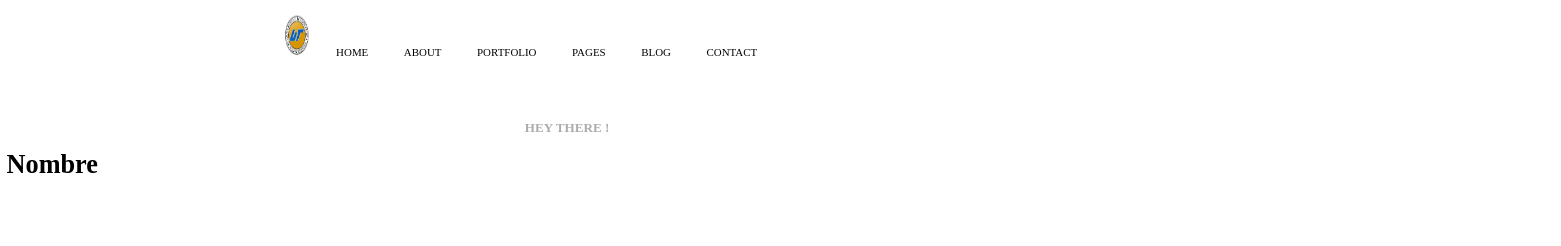
Repository: Armandoyerek11/proyectou1
Page: index.html
These files come from the project's save history. The page is drawn as it stood at one moment and after the next save; the edit follows.
The browser window is 1280 px wide. The page is 1904 px wide, then 1525 px, so the pictures cover 1904 px, including what lies to the right of the window. The pictures show the whole page, at 82% of full size.

Above is the page before, as saved 2022-05-30 13:38:46.

After the next save:
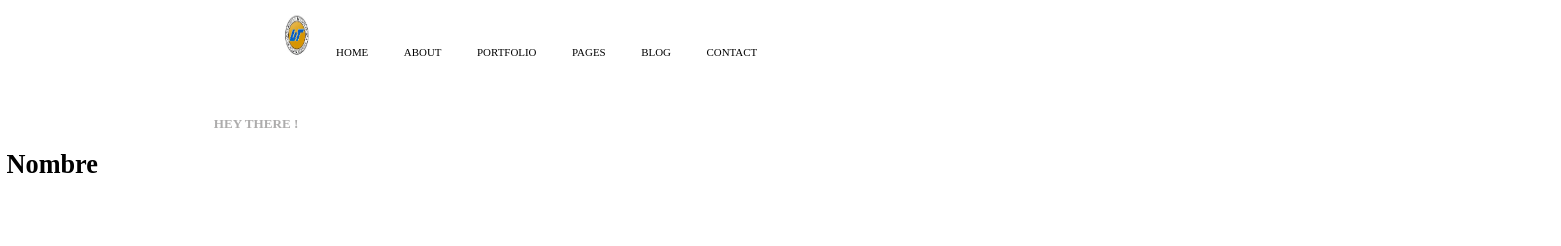
Saved 19 s later.
--- a/style.css
+++ b/style.css
@@ -23,7 +23,7 @@
     font-size: 1em;
     top: 50%;
     left: 80%;
-    transform: translatex(50%) translatey(50%);
+    transform: translatex(20%) translatey(20%);
 }
 
 h2 {
